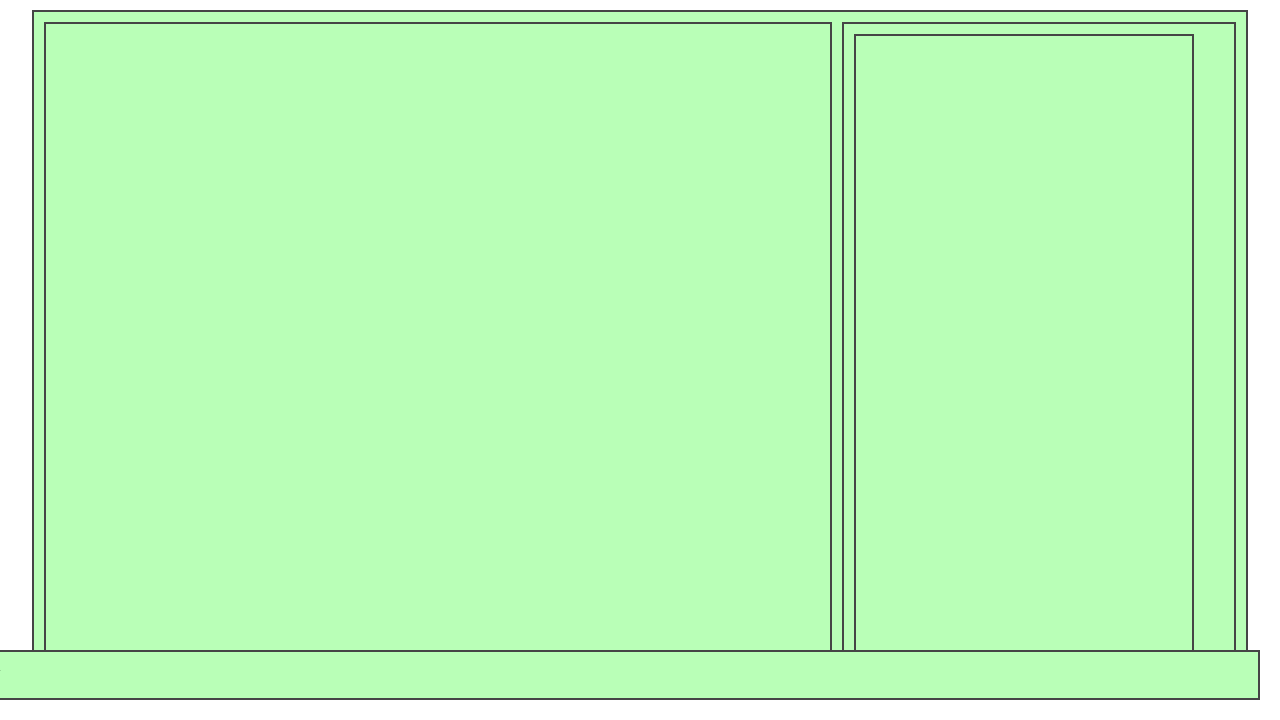
Repository: tannerbroberts/tannerbroberts.github.io
Page: /
An editor plug-in stored every save of this project. The page is shown before and after the next save, followed by the edit.
The browser window is 1280 px wide. The pictures show the whole page.
The project was rebuilt for these pictures with package versions that can differ from the ones it lists, and the page was loaded fresh each time. Also part of the build but not shown: vite.config.ts.

Above is the page before, as saved 2022-10-04 09:57:50.

After the next save:
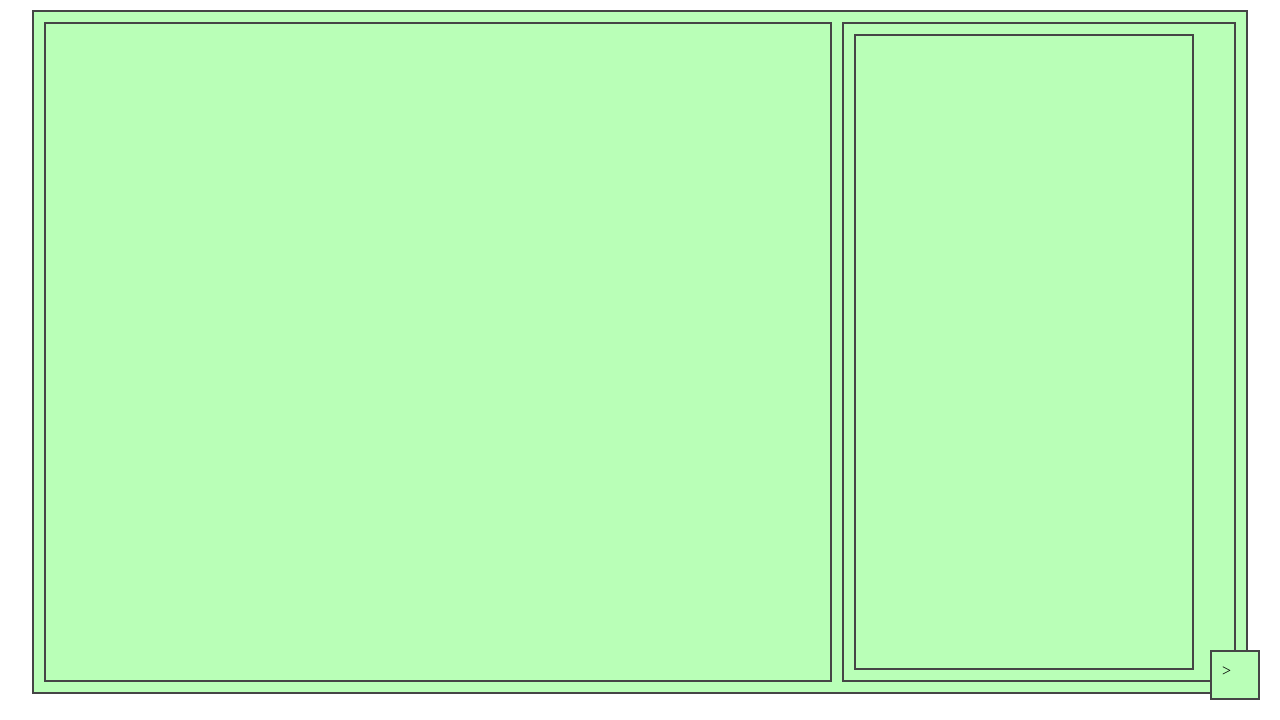
Saved 5 s later.
--- a/src/components/Shelf/ShelfToggle/ShelfToggle.js
+++ b/src/components/Shelf/ShelfToggle/ShelfToggle.js
@@ -14,7 +14,7 @@ export default function ShelfToggle() {
 		bottom: "20px",
 		right: "20px",
 		height: "50px",
-
+		width: "50px",
 	}
 
 	return (
